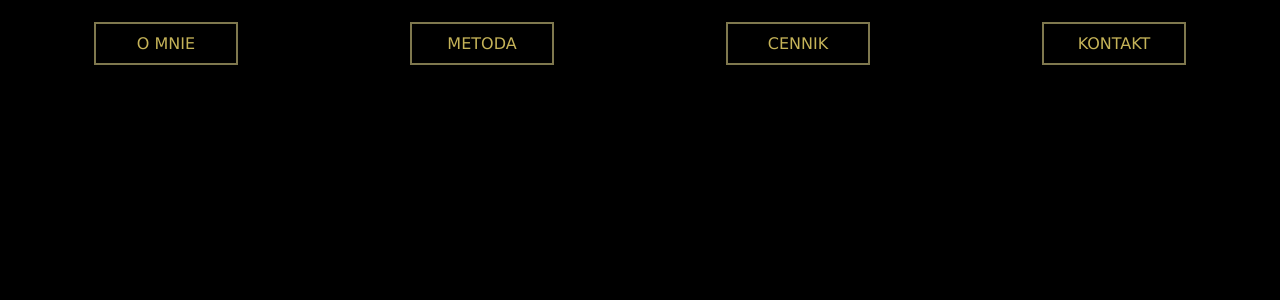
Repository: LechCieslak/Anna_Cieslak_v2.1
Page: index.html
The author's editor kept a copy of each file at every save. The page is drawn from the files as they stood at one save, then again after the next save.
The browser window is 1280 px wide. The pictures show the whole page.

Above is the page before, as saved 2020-09-17 15:42:05.

### index.html
<!DOCTYPE html>
<html lang="pl">
<head>
    <meta charset="UTF-8">
    <meta name="viewport" content="width=device-width, initial-scale=1.0">
    <link rel="stylesheet" href="style.css">
    <title>Przyjazne miejsce</title>
</head>
<body>
    <main>

            <div class="menu">
                <ul>
                    <li class="li1">O MNIE</li>
                    <li class="li2">METODA</li>
                    <li class="li3">CENNIK</li>
                    <li class="li4">KONTAKT</li>
                </ul>
            </div>

            <div class="oMnie shape">
                <h1>O MNIE</h1>
                <p>Anna Cieślak - psycholog, psychoterapeuta
                    <br><br>
                    Prowadzę indywidualną długoterminową psychoterapię osób dorosłych oraz młodzieży 16+. Od kilku lat w duchu Rodzicielstwa Bliskości wspieram rodziców oraz nauczycieli w codziennych wyzwaniach związanych z budowaniem relacji z dziećmi. Pracuję z dziećmi i młodzieżą w placówkach edukacyjnych (głównie są to tzw. szkoły alternatywne, realizujące program MEN w autorski sposób). <br>
                    W swojej pracy łączę humanistyczne i psychodynamiczne spojrzenie na klienta. Ukończyłam kursy i szkolenia z zakresu psychoterapii i psychopedagogiki w Ośrodku Terapii i Rozwoju Gestalt, w Laboratorium Psychoedukacji, Podyplomowym Studium Relacji Interpersonalnych i Profilaktyki Uzależnień UKSW oraz Akademii Rodziców i Wychowawców w Fundacji Bullerbyn. Ważnym dla mnie doświadczeniem było szkolenie wstępne z zakresu NVC prowadzone przez Zofię Schacht-Petersen. <br>
                    Prywatną praktykę prowadzę od 2013 roku. Swoją pracę poddaję regularnej superwizji, prowadzonej przez superwizora Polskiego Towarzystwa Psychologicznego.</p>
            </div>

            <div class="metoda shape">
                <h1>METODA</h1>
                <p>Lorem, ipsum dolor sit amet consectetur adipisicing elit. Tenetur illum, dolores ipsum earum qui eligendi quaerat itaque debitis quo cumque repudiandae fugit quisquam nisi quas sunt voluptatem alias enim vero porro reprehenderit. Quisquam possimus labore voluptate facere voluptatum mollitia eveniet dicta quis vitae ullam quae saepe veniam quos ut, dolor, fuga repellat, veritatis quam modi odio placeat! Vero, reprehenderit repellendus? Delectus sit voluptate minus quam ratione numquam ipsum nemo commodi rem nesciunt consequatur, sunt cumque, repellat aliquam excepturi dolores aut suscipit minima nisi veritatis itaque ad explicabo perspiciatis voluptatibus! Cumque id adipisci officiis facere, tenetur quod provident. Eveniet, exercitationem necessitatibus.</p>
            </div>

            <div class="cennik shape">
                <h1>CENNIK</h1>
                <p>Lorem, ipsum dolor sit amet consectetur adipisicing elit. Tenetur illum, dolores ipsum earum qui eligendi quaerat itaque debitis quo cumque repudiandae fugit quisquam nisi quas sunt voluptatem alias enim vero porro reprehenderit. Quisquam possimus labore voluptate facere voluptatum mollitia eveniet dicta quis vitae ullam quae saepe veniam quos ut, dolor, fuga repellat, veritatis quam modi odio placeat! Vero, reprehenderit repellendus? Delectus sit voluptate minus quam ratione numquam ipsum nemo commodi rem nesciunt consequatur, sunt cumque, repellat aliquam excepturi dolores aut suscipit minima nisi veritatis itaque ad explicabo perspiciatis voluptatibus! Cumque id adipisci officiis facere, tenetur quod provident. Eveniet, exercitationem necessitatibus.</p>
            </div>

            <div class="kontakt shape">
                <h1>KONTAKT</h1>
                <p>Lorem, ipsum dolor sit amet consectetur adipisicing elit. Tenetur illum, dolores ipsum earum qui eligendi quaerat itaque debitis quo cumque repudiandae fugit quisquam nisi quas sunt voluptatem alias enim vero porro reprehenderit. Quisquam possimus labore voluptate facere voluptatum mollitia eveniet dicta quis vitae ullam quae saepe veniam quos ut, dolor, fuga repellat, veritatis quam modi odio placeat! Vero, reprehenderit repellendus? Delectus sit voluptate minus quam ratione numquam ipsum nemo commodi rem nesciunt consequatur, sunt cumque, repellat aliquam excepturi dolores aut suscipit minima nisi veritatis itaque ad explicabo perspiciatis voluptatibus! Cumque id adipisci officiis facere, tenetur quod provident. Eveniet, exercitationem necessitatibus.</p>
            </div>
    </main>


    <script src="app.js"></script>
</body>
</html>

### style.css
* {
    font-family: verdana;
    padding: 0px;
}

body {
    --tlo: #4C6464;
    --text: #C5B358;
    --ramka: #7F784E;
    background-position-x: center;
    background-color: black;
    color: var(--text);
    /* animation: backgroundEffPoz 3s forwards; */
    display: block;
    position: relative;
}

body::after {
    content: "";
    /* background: url("images/background-poz.jpg"); */
    background-color: red;
    opacity: 0.8;
    /* top: 0;
    left: 0;
    bottom: 0;
    right: 0; */
    position: absolute;
    z-index: 1;
}

ul {
    display: flex;
    justify-content: space-around;
}

.menu li {
    margin-top: 6px;
    padding: 10px;
    display: inline-block;
    border: solid 2px var(--ramka);
    list-style-type: none;
    width: 120px;
    cursor: pointer;
    text-align: center;
}

.shape {
    border: solid 3px var(--ramka);
    /* width: 70%; */
    opacity: 0;
    padding: 10px;
    position: absolute;
    text-align: justify;
}

.nowa {
    opacity: 1;
}

@keyframes backgroundEffPoz {
    100% {
            background-image: url("images/background-poz.jpg");
    }
}
@keyframes backgroundEffPion {
    100% {
            background-image: url("images/background-pion.jpg");
    }
}

/* style css - duże ekrany
@media (min-width: 1100px) {
    body {
        font-size: 30px;
    }
} */

@media (max-width: 600px) {
    body {
        /* style css - tel. pionowo */
        /* background-image: url("images/background-pion.jpg"); */
        font-size: 10px;
        background-position-x: center;
        animation: backgroundEffPion 3s forwards;
    }

    .menu li {
        width: 50px;
        height: 8px;
        padding-top: 6px;
    }
}

@media (max-width: 320px) {
    ul {
        width: 55px;
        display: block;
    }
}

### app.js
let a = document.querySelector('.li1');
let b = document.querySelector('.oMnie');
let c = document.querySelector('.li2');
let d = document.querySelector('.metoda');
let e = document.querySelector('.li3');
let f = document.querySelector('.cennik');
let g = document.querySelector('.li4');
let h = document.querySelector('.kontakt');

a.addEventListener('click', e => {
  b.classList.toggle("nowa");
  d.classList.remove("nowa");
  f.classList.remove("nowa");
  h.classList.remove("nowa");
});


c.addEventListener('click', e => {
  d.classList.toggle("nowa");
  b.classList.remove("nowa");
  f.classList.remove("nowa");
  h.classList.remove("nowa");
});

e.addEventListener('click', e => {
  f.classList.toggle("nowa");
  b.classList.remove("nowa");
  d.classList.remove("nowa");
  h.classList.remove("nowa");
});


g.addEventListener('click', e => {
  h.classList.toggle("nowa");
  b.classList.remove("nowa");
  d.classList.remove("nowa");
  f.classList.remove("nowa");
});

After the next save:
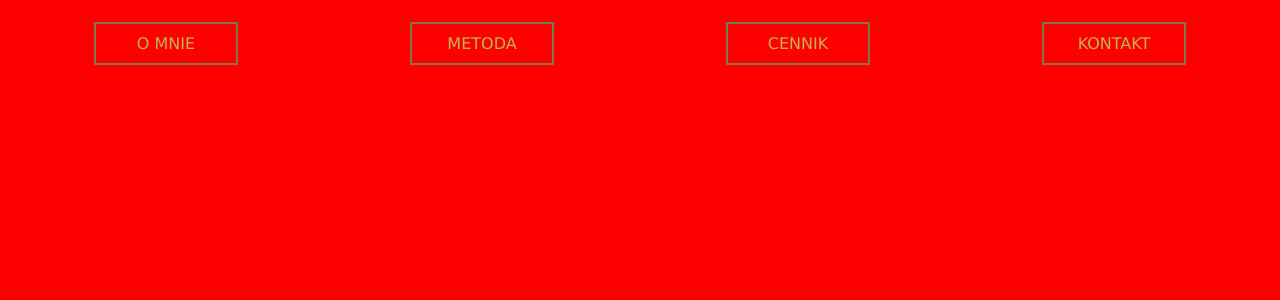
Saved 4 s later.
--- a/style.css
+++ b/style.css
@@ -8,7 +8,7 @@
     --text: #C5B358;
     --ramka: #7F784E;
     background-position-x: center;
-    background-color: black;
+    background-color: red;
     color: var(--text);
     /* animation: backgroundEffPoz 3s forwards; */
     display: block;

After the save that followed:
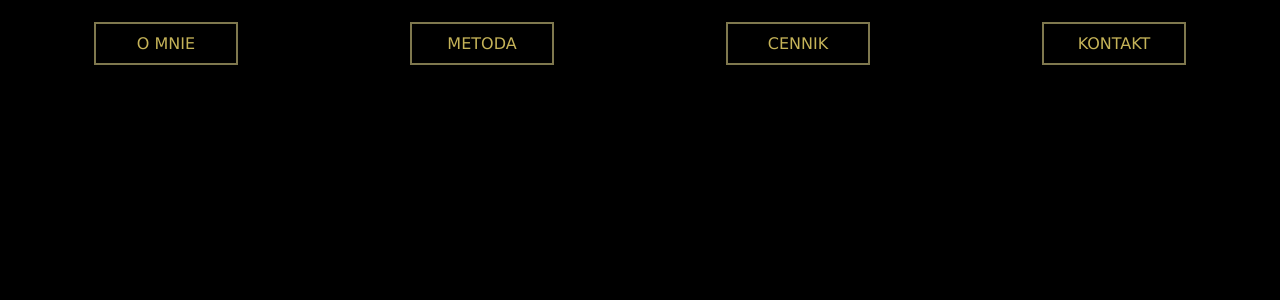
Saved 4 s later.
--- a/style.css
+++ b/style.css
@@ -8,7 +8,7 @@
     --text: #C5B358;
     --ramka: #7F784E;
     background-position-x: center;
-    background-color: red;
+    background-color: black;
     color: var(--text);
     /* animation: backgroundEffPoz 3s forwards; */
     display: block;
